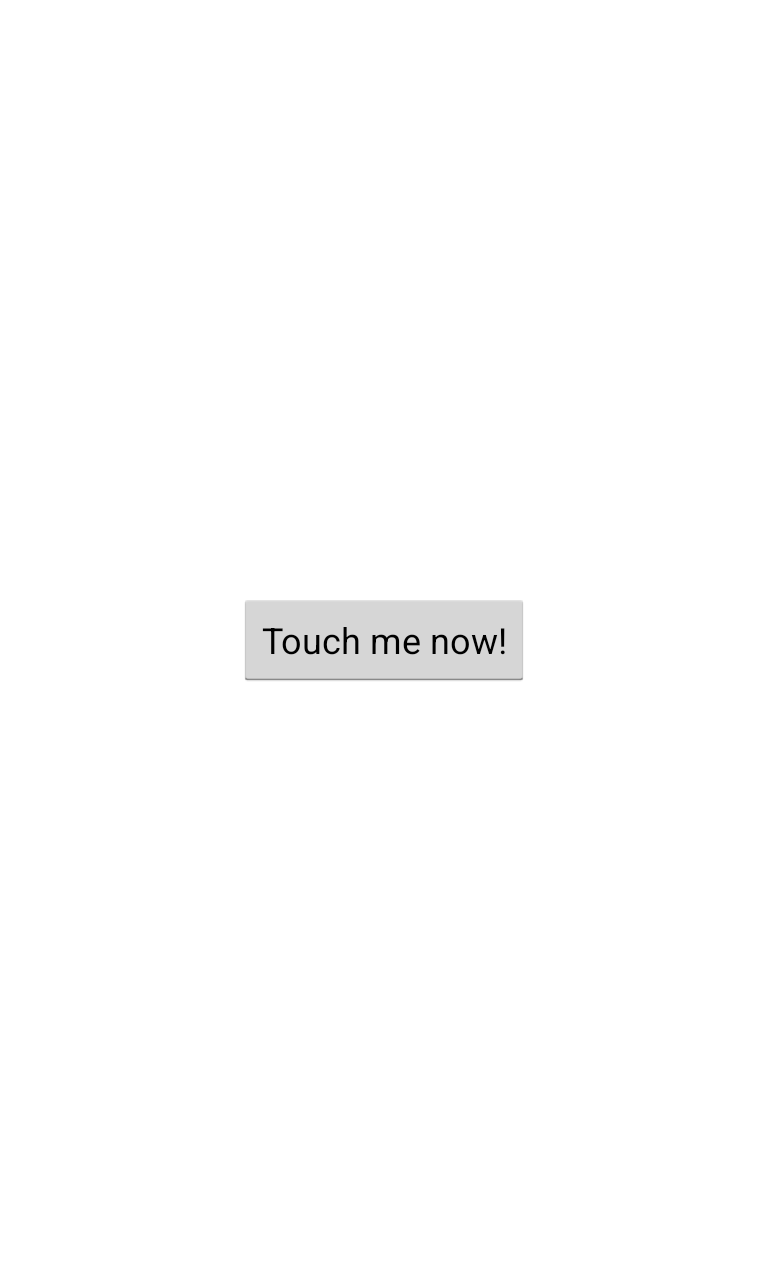
Repository: hieu19926/Non_cable_networking
Layout: SecondGraders/res/layout/activity_main.xml
An editor plug-in stored every save of this project. The layout is shown before and after the next save, followed by the edit.
It is drawn on a 768 x 1280 px phone screen (xhdpi) without system bars, with theme AppTheme; the app's code is not run.

Above is the layout before, as saved 2014-10-05 09:22:20.

After the next save:
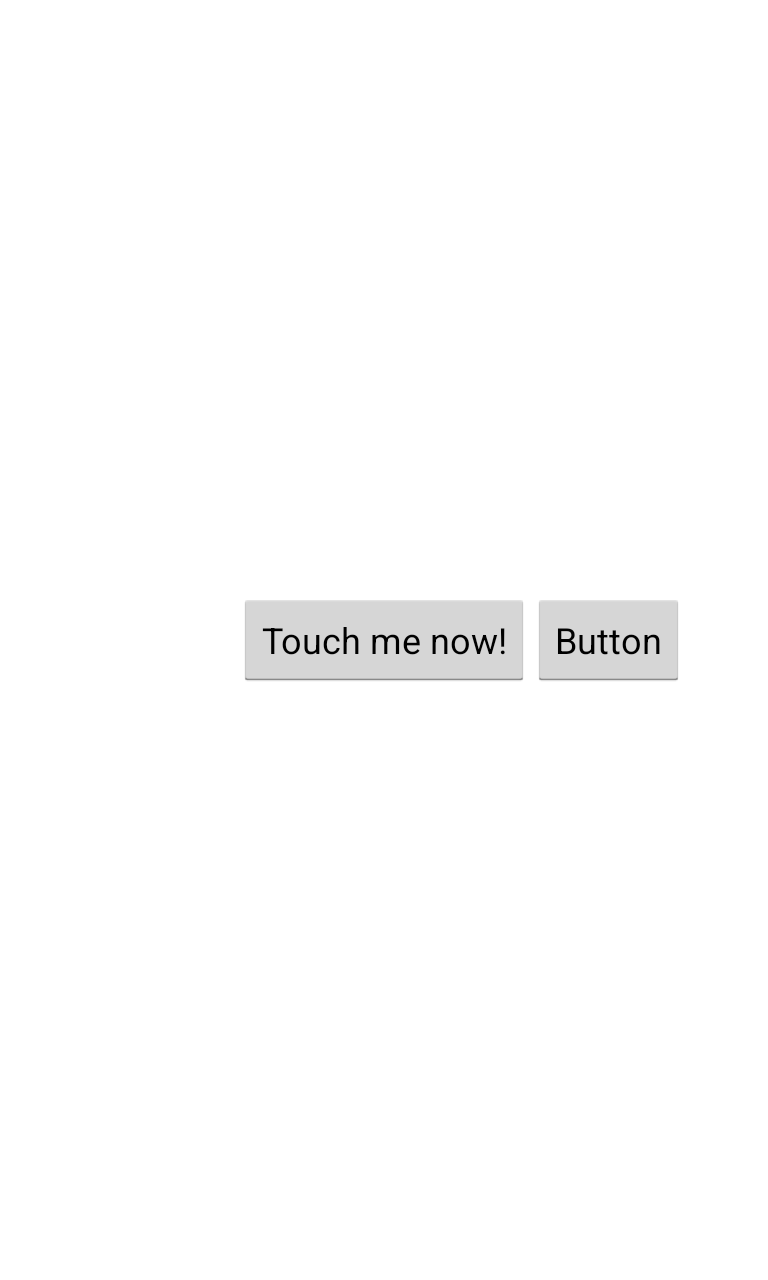
Saved 2 s later.
--- a/SecondGraders/res/layout/activity_main.xml
+++ b/SecondGraders/res/layout/activity_main.xml
@@ -16,4 +16,12 @@
         android:layout_centerVertical="true"
         android:text="Touch me now!" />
 
+    <Button
+        android:id="@+id/button2"
+        android:layout_width="wrap_content"
+        android:layout_height="wrap_content"
+        android:layout_alignBottom="@+id/button1"
+        android:layout_toRightOf="@+id/button1"
+        android:text="Button" />
+
 </RelativeLayout>
